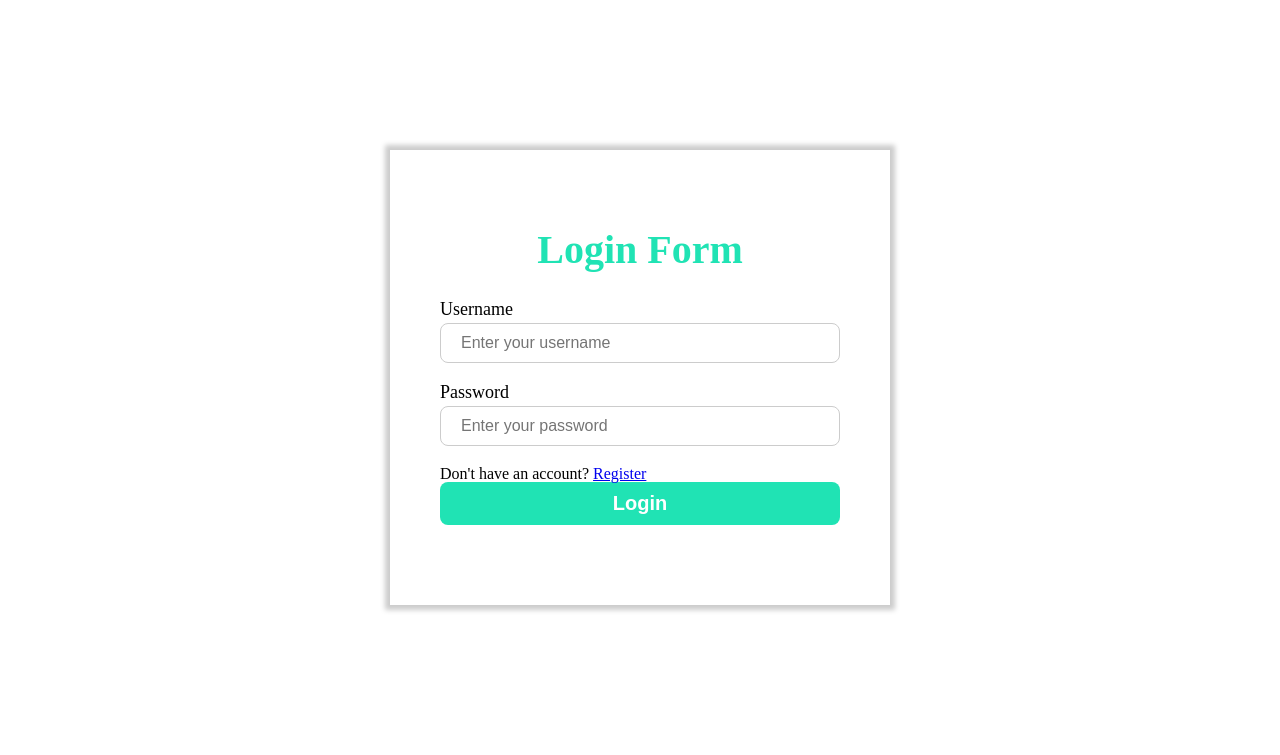
Repository: Trung0810/btl_cnpm_fe
Page: /
An editor plug-in stored every save of this project. The page is shown before and after the next save, followed by the edit.
The browser window is 1280 px wide. The pictures show the whole page.
The project was rebuilt for these pictures with package versions that can differ from the ones it lists, and the page was loaded fresh each time. Also part of the build but not shown: src/components/header/header.css, src/components/header/Header.js, src/components/footer/Footer.css, src/components/footer/Footer.js, src/components/shoes_list/ShoesCard.css, src/components/shoes_list/ShoesCard.js, src/components/shoes_list/ShoesList.css, src/components/shoes_list/ShoesList.js and 14 more.

Above is the page before, as saved 2026-03-31 09:29:36.

### public/index.html
<!doctype html>
<html lang="en">
  <head>
    <meta charset="utf-8" />
    <link rel="icon" href="%PUBLIC_URL%/favicon.ico" />
    <meta name="viewport" content="width=device-width, initial-scale=1" />
    <meta name="theme-color" content="#000000" />
    <meta
      name="description"
      content="Web site created using create-react-app"
    />
    <link rel="apple-touch-icon" href="%PUBLIC_URL%/logo192.png" />
    <!--
      manifest.json provides metadata used when your web app is installed on a
      user's mobile device or desktop. See https://developers.google.com/web/fundamentals/web-app-manifest/
    -->
    <link rel="manifest" href="%PUBLIC_URL%/manifest.json" />
    <!--
      Notice the use of %PUBLIC_URL% in the tags above.
      It will be replaced with the URL of the `public` folder during the build.
      Only files inside the `public` folder can be referenced from the HTML.

      Unlike "/favicon.ico" or "favicon.ico", "%PUBLIC_URL%/favicon.ico" will
      work correctly both with client-side routing and a non-root public URL.
      Learn how to configure a non-root public URL by running `npm run build`.
    -->
    <link rel="preconnect" href="https://fonts.googleapis.com" />
    <link rel="preconnect" href="https://fonts.gstatic.com" crossorigin />
    <link
      href="https://fonts.googleapis.com/css2?family=DM+Sans:ital,opsz,wght@0,9..40,100..1000;1,9..40,100..1000&family=Oswald:wght@200..700&display=swap"
      rel="stylesheet"
    />
    <title>React App</title>
  </head>
  <body>
    <noscript>You need to enable JavaScript to run this app.</noscript>
    <div id="root"></div>
    <!--
      This HTML file is a template.
      If you open it directly in the browser, you will see an empty page.

      You can add webfonts, meta tags, or analytics to this file.
      The build step will place the bundled scripts into the <body> tag.

      To begin the development, run `npm start` or `yarn start`.
      To create a production bundle, use `npm run build` or `yarn build`.
    -->
  </body>
</html>

### src/index.js
import React from "react";
import ReactDOM from "react-dom/client";
import App from "./App";
import reportWebVitals from "./reportWebVitals";
import "./index.css";
import "./reset.css";
import "@fortawesome/fontawesome-free/css/all.min.css";

const root = ReactDOM.createRoot(document.getElementById("root"));
root.render(
  <React.StrictMode>
    <App />
  </React.StrictMode>,
);

// If you want to start measuring performance in your app, pass a function
// to log results (for example: reportWebVitals(console.log))
// or send to an analytics endpoint. Learn more: https://bit.ly/CRA-vitals
reportWebVitals();

### src/App.js
import { Fragment } from "react";
import Header from "./components/header/Header";
import Footer from "./components/footer/Footer";
import HomePage from "./components/home_page/HomePage";
import ShoesPage from "./components/shoes_page/ShoesPage";
import LoginForm from "./components/login_form/LoginForm";
import "./App.css";

function App() {
  return (
    <Fragment>
      {/* <Header></Header>
      <HomePage></HomePage>
      <ShoesPage></ShoesPage>
      <Footer></Footer> */}
      <LoginForm></LoginForm>
    </Fragment>
  );
}

export default App;

### src/index.css
body {
  margin: 0;
  font-family:
    -apple-system, BlinkMacSystemFont, "Segoe UI", "Roboto", "Oxygen", "Ubuntu",
    "Cantarell", "Fira Sans", "Droid Sans", "Helvetica Neue", sans-serif;
  -webkit-font-smoothing: antialiased;
  -moz-osx-font-smoothing: grayscale;
  font-family: "DM Sans", sans-serif;
}
body::-webkit-scrollbar {
  display: none;
}
code {
  font-family:
    source-code-pro, Menlo, Monaco, Consolas, "Courier New", monospace;
}
* {
  box-sizing: border-box;
}

### src/components/login_form/LoginForm.js
import React from "react";
import { useForm } from "react-hook-form";
import { yupResolver } from "@hookform/resolvers/yup";
import * as yup from "yup";
import "./LoginForm.css";

const LoginForm = () => {
  const schema = yup.object({
    username: yup
      .string()
      .required("Please enter your username!")
      .min(8, "Must be at least 8 characters!")
      .max(16, "Must be at most 16 characters!"),
    password: yup.string().required("Please enter your password!"),
  });

  const {
    register,
    handleSubmit,
    formState: { errors, isValid },
  } = useForm({
    mode: "onChange",
    resolver: yupResolver(schema),
  });

  const submit = (values) => {
    console.log(values);
  };

  return (
    <form className="login-form" onSubmit={handleSubmit(submit)}>
      <h2 className="login-form-title">Login Form</h2>
      <div className="login-form-wrapper">
        <label htmlFor="username">Username</label>
        <input
          type="text"
          id="username"
          className="login-form-input"
          placeholder="Enter your username"
          {...register("username")}
        />
        {errors.username && (
          <div className="login-form-error">{errors.username.message}</div>
        )}
      </div>
      <div className="login-form-wrapper">
        <label htmlFor="password">Password</label>
        <input
          type="text"
          id="password"
          className="login-form-input"
          placeholder="Enter your password"
          {...register("password")}
        />
        {errors.password && (
          <div className="login-form-error">{errors.password.message}</div>
        )}
      </div>
      <div className="login-form-option">
        <p>
          Don't have an account? <a href="#">Register</a>
        </p>
      </div>
      <button
        type="submit"
        className="login-form-button"
        style={{ pointerEvents: isValid ? "" : "none" }}
      >
        Login
      </button>
    </form>
  );
};

export default LoginForm;

### src/App.css
input {
  display: block;
  font-size: 16px;
  font-weight: 500;
  padding: 10px 20px;
  border: 1px solid #ccc;
  border-radius: 8px;
  outline: none;
}
button {
  display: block;
  width: 200px;
  padding: 10px 30px;
  font-size: 24px;
  font-weight: 500;
  border-radius: 8px;
  border: none;
  outline: none;
  cursor: pointer;
}

### src/components/login_form/LoginForm.css
.login-form {
  width: 500px;
  padding: 80px 50px;
  margin: 150px auto;
  box-shadow: 0 0 5px 5px #ccc;
}
.login-form-title {
  font-size: 40px;
  font-weight: bold;
  color: #20e3b4;
  text-align: center;
  margin-bottom: 30px;
}
.login-form-wrapper {
  display: flex;
  flex-direction: column;
  row-gap: 5px;
  margin-bottom: 20px;
}
.login-form-wrapper label {
  font-size: 18px;
  font-weight: 500;
}
.login-form-input {
  width: 100%;
}
.login-form-error {
  font-weight: 500;
  color: #de4242;
}
.login-form-option {
  font-size: 16px;
}
.login-form-button {
  width: 100%;
  background-color: #20e3b4;
  font-size: 20px;
  font-weight: bold;
  color: #fff;
  margin-top: auto;
}

Loaded but not shown: src/reportWebVitals.js (common file); src/reset.css (common file)

After the next save:
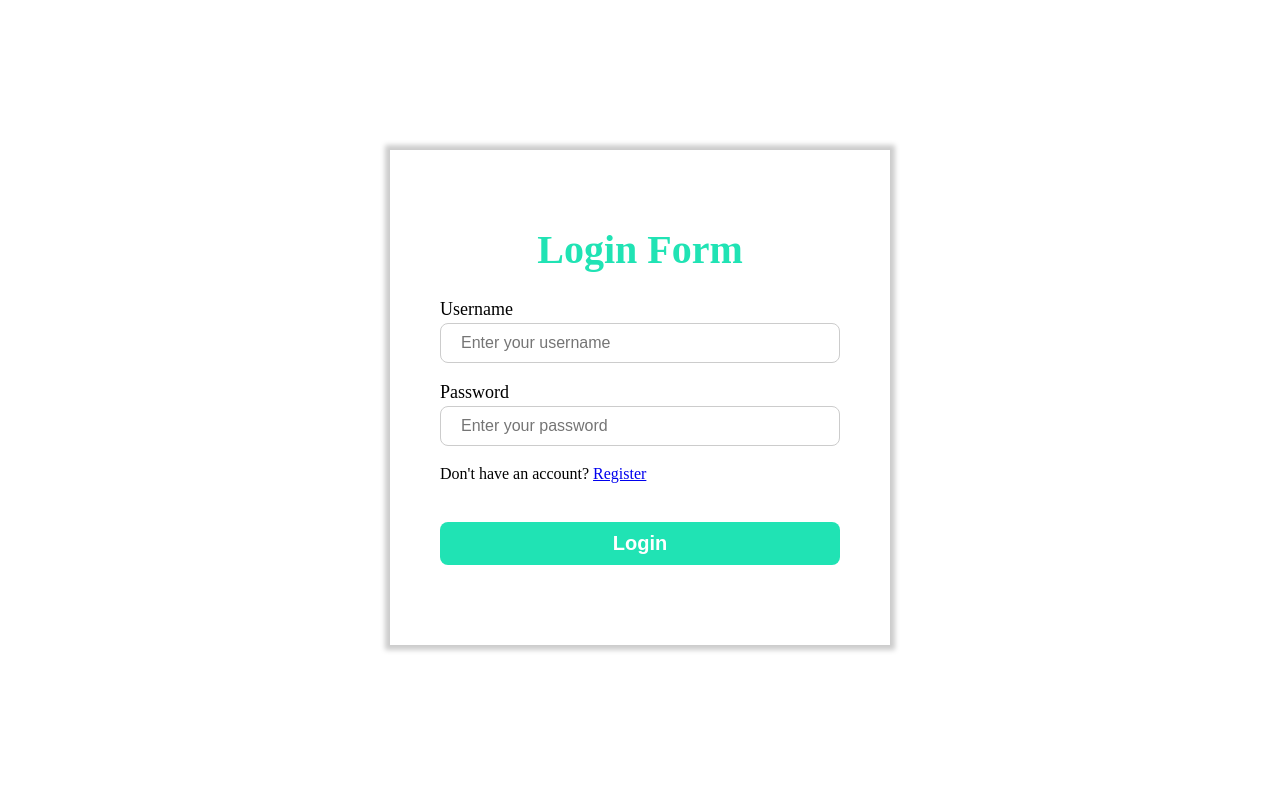
Saved 8 s later.
--- a/src/components/login_form/LoginForm.css
+++ b/src/components/login_form/LoginForm.css
@@ -37,5 +37,5 @@
   font-size: 20px;
   font-weight: bold;
   color: #fff;
-  margin-top: auto;
+  margin-top: 40px;
 }
